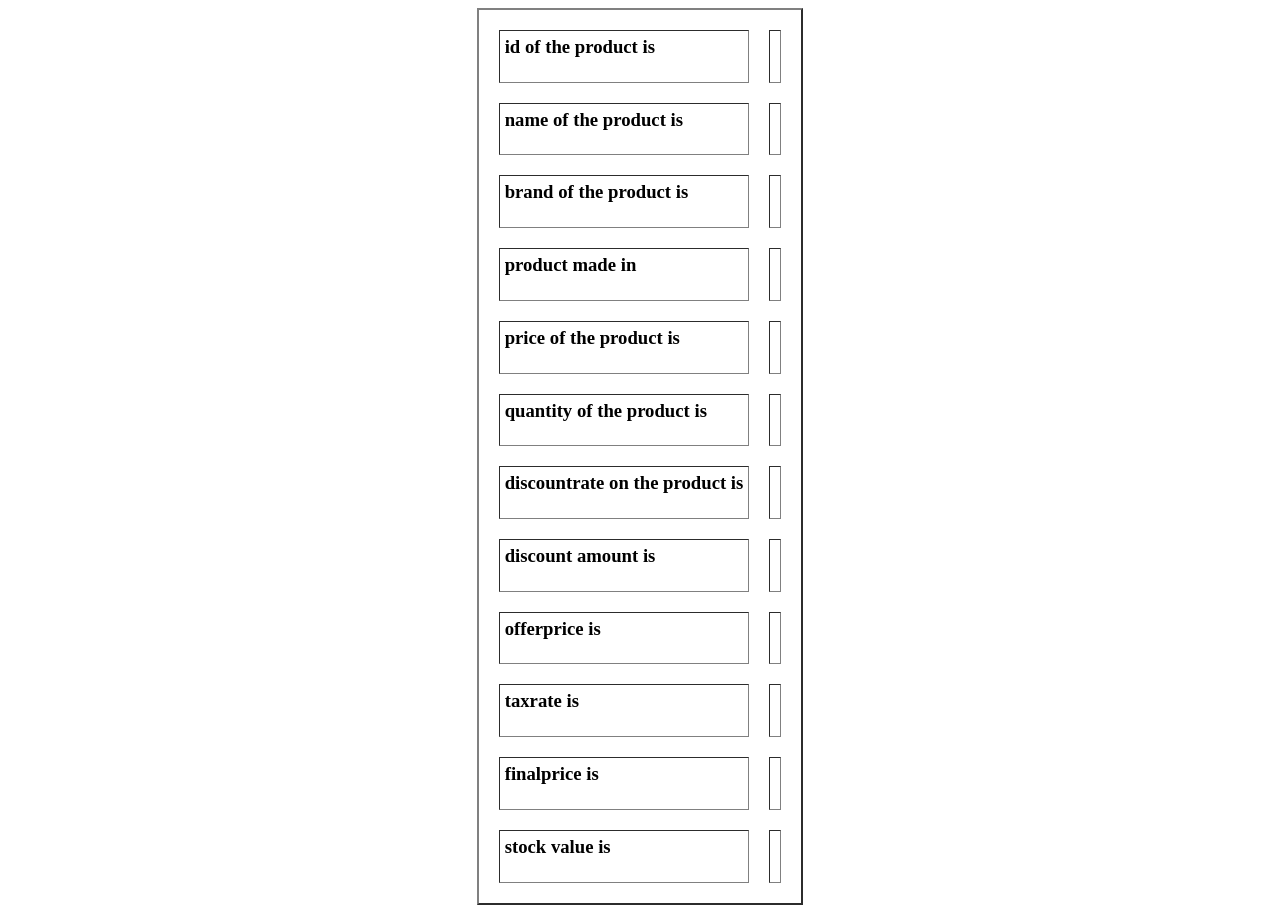
Repository: saikrishna123143/springboot
Page: http://localhost/success
These files come from the project's save history. The page is drawn as it stood at one moment and after the next save; the edit follows.
The browser window is 1280 px wide. The pictures show the whole page.
The page is this project's Thymeleaf template; nobody is signed in. The template is opened directly, without the code that normally fills it, so the values that code supplies are empty.

Above is the page before, as saved 2024-12-18 16:58:55.

### springbootmvc/src/main/resources/templates/success.html
<html xmlns:th="http://www.thymeleaf.org">
	<head>
		<title>
			resposnse message
		</title>
	</head>
	<body>
	<center>
		<table cellspacing="20px"cellpadding="5px"border="2px">
		<tr>
		<td>
	<h3>id of the product is </h3>
	</td>
	<td>
	<p th:text="${users.id}"></p>
	</td>
	</tr>
	<tr>
	<td>
	<h3>name of the product is </h3>
	</td>
	<td>
	<p th:text="${users.name}"></p>
	</td>
	</tr>
	<tr>
	<td>
	<h3>brand of the product is </h3>
	</td>
	<td>
	<p th:text="${users.brand}"></p>
	</td>
	</tr>
	<tr>
	<td>
	<h3>product made in</h3>
	</td>
	<td>
	<p th:text="${users.madein}"></p>
	</td>
	</tr>
	<tr>
	<td>
	<h3>price of the product is </h3>
	</td>
	<td>
	<p th:text="${users.price}"></p>
	</td>
	</tr>
	<tr>
	<td>
	<h3>quantity of the product is </h3>
   </td>
   <td>
	<p th:text="${users.quantity}"></p>
	</td>
	</tr>
	<tr>
	<td>
	<h3>discountrate on the product is </h3>
	</td>
	<td>
	<p th:text="${users.discountrate}"></p>
	</td>
	</tr>
	<tr>
	<td>
	<h3>discount amount is</h3>
	</td>
	<td>
	<p th:text="${users.discountamount}"></p>
	</td>
	</tr>
	<tr>
	<td>
	<h3>offerprice is </h3>
	</td>
	<td>
	<p th:text="${users.offerprice}"></p>
	</td>
	</tr>
	<tr>
	<td>
	<h3>taxrate is </h3>
	</td>
	<td>
	<p th:text="${users.taxrate}"></p>
	</td>
	</tr>
	<tr>
	<td>
	<h3>finalprice is </h3>
	</td>
	<td>
	<p th:text="${users.finalprice}"></p>
	</td>
	</tr>
	<tr>
	<td>
	<h3>stock value is </h3>
	</td>
	<td>
	<p th:text="${users.stockvalue}"></p>
	</td>
	</tr>
		</table>
		</center>
	</body>
</html>

After the next save:
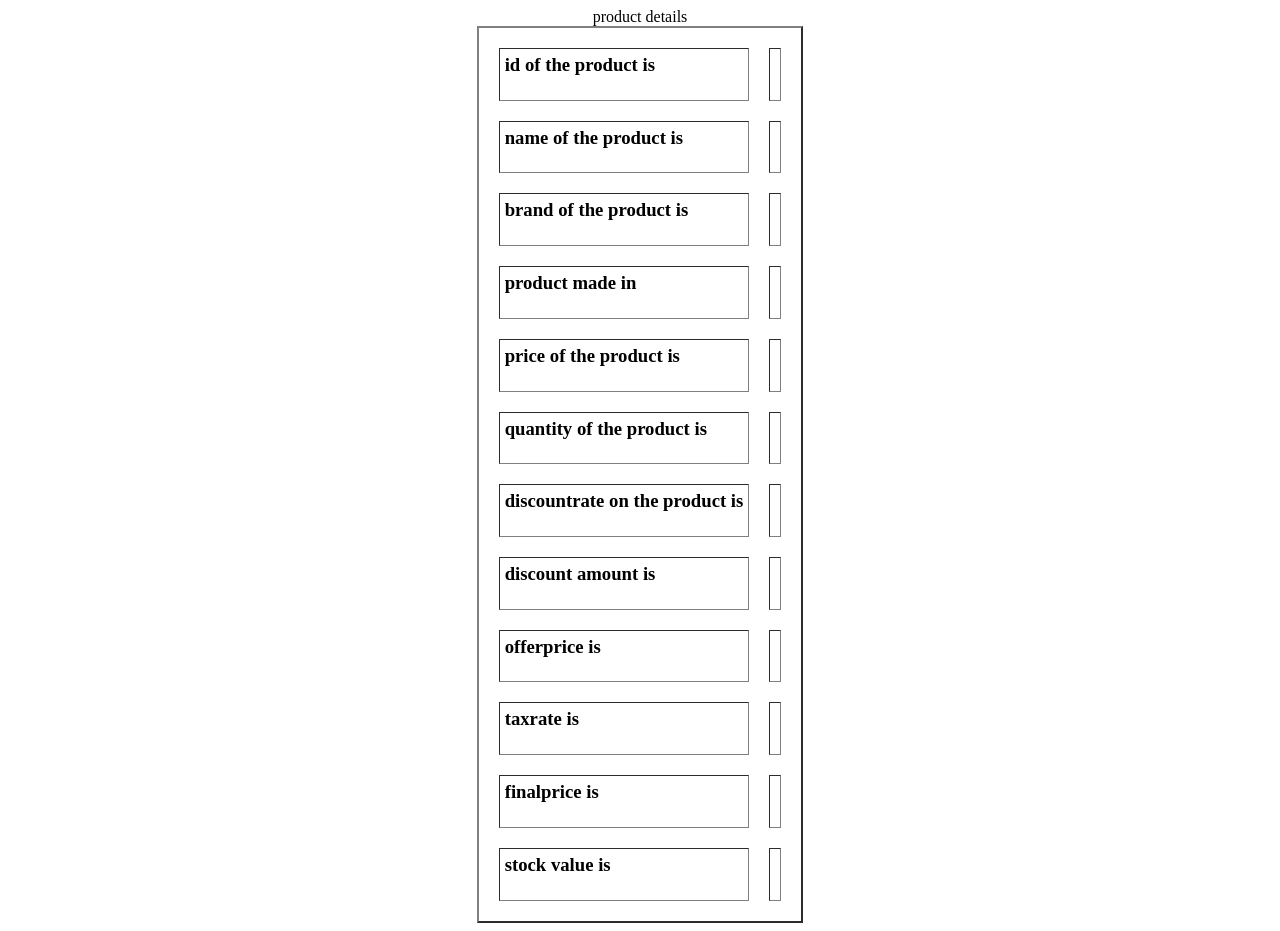
Saved 62 s later.
--- a/springbootmvc/src/main/resources/templates/success.html
+++ b/springbootmvc/src/main/resources/templates/success.html
@@ -7,6 +7,7 @@
 	<body>
 	<center>
 		<table cellspacing="20px"cellpadding="5px"border="2px">
+		<caption>product details</caption>
 		<tr>
 		<td>
 	<h3>id of the product is </h3>
